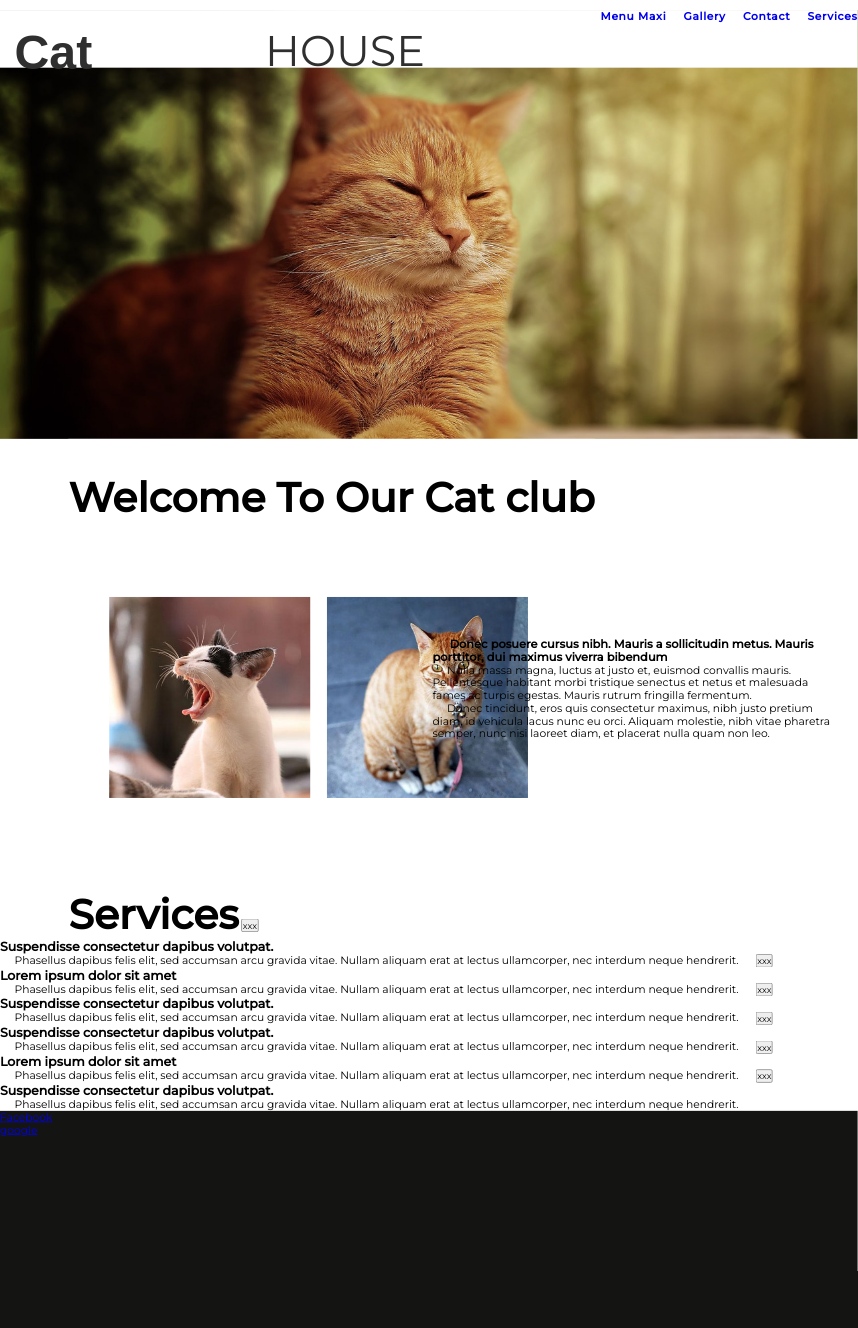
Repository: raul4264/final
Page: index.html
An editor plug-in stored every save of this project. The page is shown before and after the next save, followed by the edit.
The browser window is 1280 px wide. The pictures show the whole page, at 67% of full size.

Above is the page before, as saved 2021-03-18 13:44:18.

### index.html
<!DOCTYPE html>
<html lang="en">

<head>
    <meta charset="UTF-8" />
    <meta http-equiv="X-UA-Compatible" content="IE=edge" />
    <meta name="viewport" content="width=device-width, initial-scale=1.0" />
    <title>Cat House/Raul Novas</title>
    <link href="css/estilos.css" rel="stylesheet" type="text/css" />
</head>

<body>

    <header>
        <div class="banner">


            <nav>
                <span class="item1">Cat</span><span class="item2"> HOUSE</span>


                <ul class="flex-container">
                    <li class="item3"><a href="menu_maxi.html">Menu Maxi</a></li>
                    <li class="item4"><a href="Gallery.html">Gallery</a></li>
                    <li class="item5"><a href="Contact.html">Contact</a></li>
                    <li class="item6"><a href="Services.html ">Services</a></li>
                </ul>
            </nav>
        </div>

    </header>


    <main>
        <section>
            <h2>Welcome To Our Cat club</h2>
            <div class="caja ">

                <div class="container1 ">
                    <img src="images/2.jpg " alt="imagen2 " />
                    <img src="images/3.jpg " alt="imagen3 " />
                </div>



                <span class="container3 ">
                    <span class="uno">Donec posuere cursus nibh. Mauris a sollicitudin metus. Mauris porttitor, dui maximus viverra
                        bibendum</span><br>
                    <span>Nulla massa magna, luctus at justo et, euismod convallis mauris. Pellentesque habitant morbi
                        tristique senectus et netus et malesuada fames ac turpis egestas. Mauris rutrum fringilla
                        fermentum.</span><br>
                    <span>Donec tincidunt, eros quis consectetur maximus, nibh justo pretium diam, id vehicula lacus
                        nunc eu orci. Aliquam molestie, nibh vitae pharetra semper, nunc nisi laoreet diam, et placerat
                        nulla quam non leo.</span>
                </span>
            </div>
        </section>
        <h3>
            <h2>Services</h2>
            <button>xxx</button>
            <h3>Suspendisse consectetur dapibus volutpat.</h3>
            <span>
                Phasellus dapibus felis elit, sed accumsan arcu gravida vitae. Nullam aliquam erat at lectus
                ullamcorper, nec interdum neque hendrerit.</span>
            <button>xxx</button>
            <h3>Lorem ipsum dolor sit amet</h3>
            <span>Phasellus dapibus felis elit, sed accumsan arcu gravida vitae. Nullam aliquam erat at lectus
                ullamcorper,
                nec interdum neque hendrerit.</span>
            <button>xxx</button>
            <h3>Suspendisse consectetur dapibus volutpat.</h3>
            <span>
                Phasellus dapibus felis elit, sed accumsan arcu gravida vitae. Nullam aliquam erat at lectus
                ullamcorper, nec interdum neque hendrerit.</span>
            <button>xxx</button>
            <h3>Suspendisse consectetur dapibus volutpat.</h3>
            <span>

                Phasellus dapibus felis elit, sed accumsan arcu gravida vitae. Nullam aliquam erat at lectus
                ullamcorper, nec interdum neque hendrerit.
            </span>
            <button>xxx</button>
            <h3>Lorem ipsum dolor sit amet
            </h3>
            <span>Phasellus dapibus felis elit, sed accumsan arcu gravida vitae. Nullam aliquam erat at lectus
                ullamcorper, nec interdum neque hendrerit.</span>
            <button>xxx</button>
            <h3>Suspendisse consectetur dapibus volutpat.</h3>
            <span>Phasellus dapibus felis elit, sed accumsan arcu gravida vitae. Nullam aliquam erat at lectus
                ullamcorper, nec interdum neque hendrerit.</span>
            </section>
    </main>
    <footer>
        <ol>
            <li>
                <a href="http://www.facebook.com " target="blanck ">Facebook</a>
            </li>
            <li><a href="http://www.google.com " target="blanck ">google</a></li>
        </ol>
    </footer>





</body>

</html>

### css/estilos.css
@import url('https://fonts.googleapis.com/css2?family=Montserrat:wght@400;500&display=swap');
@import url('https://fonts.googleapis.com/css2?family=Montserrat:wght@400;500&family=Poppins:wght@300&display=swap');
* {
    font-family: 'Montserrat', sans-serif;
    margin: 0 auto;
    padding: 0;
}

.banner {
    background: url(../images/1.jpg) no-repeat 0px 0px;
    background-size: cover;
    padding: 0em 0 4em;
    height: 80vh;
}

nav {
    display: flex;
    flex-direction: row;
    justify-content: space-between;
    height: 12vh;
    background-color: #ffffff;
    margin-top: 15px;
}

nav ul {
    display: flex;
}

nav ul li {
    display: flex;
    list-style: none;
}

nav ul li a {
    text-decoration: none;
}


/*---------------------------------------------------------*/

.item1 {
    color: #2f2f2f;
    font-size: 4.5em;
    font-weight: 700;
    flex-grow: 2;
    font-family: 'Raleway', sans-serif;
}

.item2 {
    color: #2f2f2f;
    font-weight: 300;
    font-size: 4em;
    flex-grow: 2;
}

.item3 {
    color: #2f2f2f !important;
    font-size: 1em;

    text-decoration: none;
    margin-left: 2vw;

    font-weight: 600;
    font-family: 'Roboto Condensed', sans-serif;
    letter-spacing: 1px;
    flex-grow: 2;

}

.item4 {
    color: #2f2f2f !important;
    font-size: 1em;

    text-decoration: none;
    padding: 0;
    font-weight: 600;
    font-family: 'Roboto Condensed', sans-serif;
    letter-spacing: 1px;
    flex-grow: 2;
    margin-left: 2vw;
}

.item5 {
    color: #2f2f2f !important;
    font-size: 1em;
    margin: 0;
    text-decoration: none;

    font-weight: 600;
    font-family: 'Roboto Condensed', sans-serif;
    letter-spacing: 1px;
    flex-grow: 1;
    margin-left: 2vw;
}

.item6 {
    color: #2f2f2f !important;
    font-size: 1em;

    text-decoration: none;
    padding: 0;
    font-weight: 600;
    font-family: 'Roboto Condensed', sans-serif;
    letter-spacing: 1px;
    flex-grow: 1;
    margin-left: 2vw;
}

.imagen {
    width: 100vw;
    z-index: 100;
    position: absolute;
    display: flex;
}

.imagen img {
    background-repeat: no-repeat;
    background-size: cover;
    width: 100vw;
    z-index: 100;
    bottom: 130px;

}



h2{
    background-color: #ffffff;
    text-align: center;
    font-size: 3.8em;
    padding-top: 7vh;
    margin-left: 8vw;
    display: inline-block;
}
.caja {
    background-color: #ffffff;
    display: flex;
    height: 69vh;
    flex-direction: row;
    justify-content: space-around;
    align-items: center;
    overflow: ;
}
h1 {
    margin-left: 20vw;
}
.container1 {
    display: flex;
    width: 300px;
    height: 300px;
   margin-left: 150px;

}

img {
    width: 100%;
    height: 100%;
    object-fit: contain;
    padding: 1vw;
}
.container3 {
    width: 600px;

    margin-right: 1vw;
    font-size: 10px

}
.container3 span{
   font-size: medium;

}
span .uno{
    padding: 1vh 2vw;
    font-size: 1.7em;
    font-weight: bolder;
}
span{
    padding: 3vh;
}
section #section {
    width: 100vw;
    height: 70vh;
    background-color: darkorange;
    position: absolute;
    top: 139vh;
}

footer {

    height: 45vh;
    background-color: rgb(20, 20, 19);

    top: 249vh;
}

After the next save:
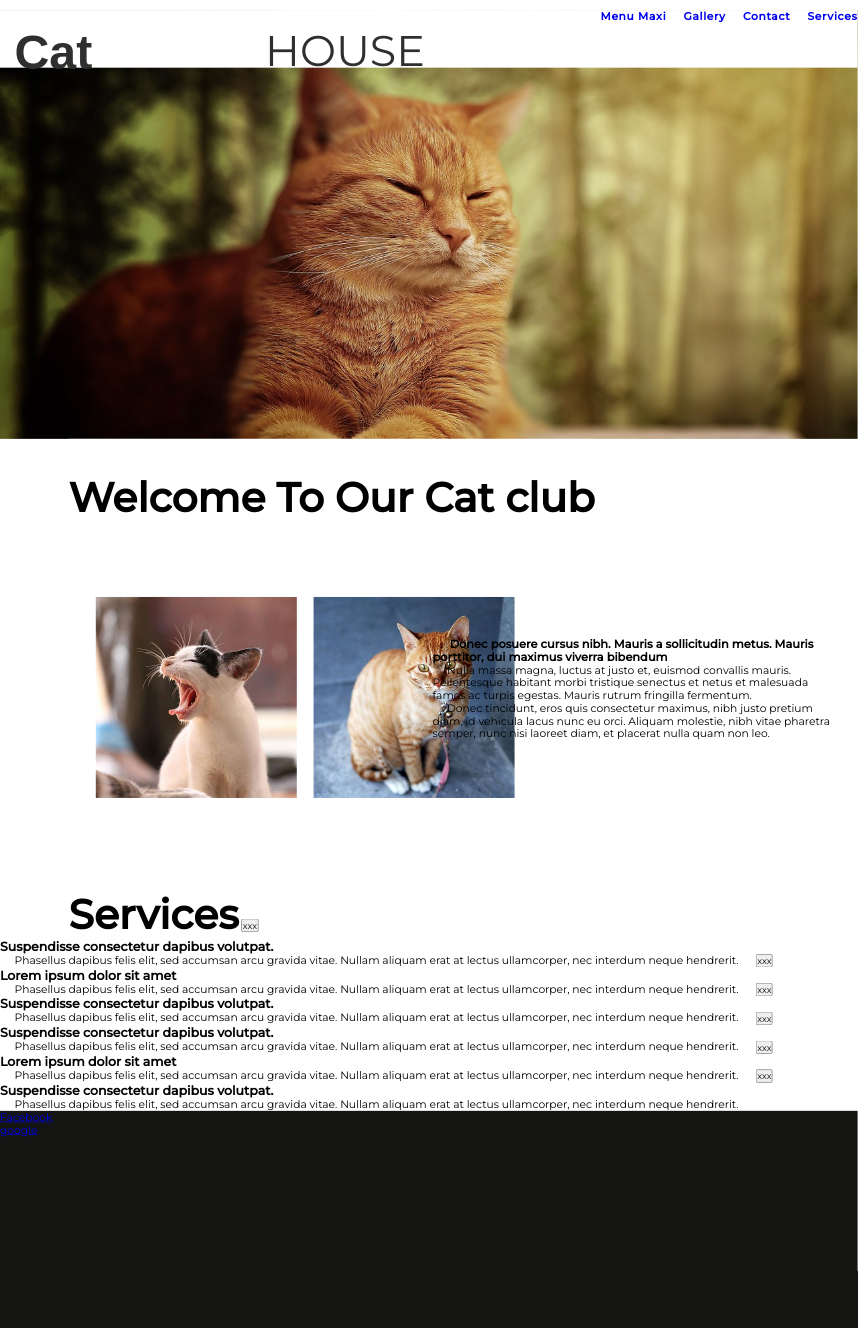
Saved 14 s later.
--- a/css/estilos.css
+++ b/css/estilos.css
@@ -148,7 +148,7 @@ h1 {
     display: flex;
     width: 300px;
     height: 300px;
-   margin-left: 150px;
+   margin-left: 130px;
 
 }
 
